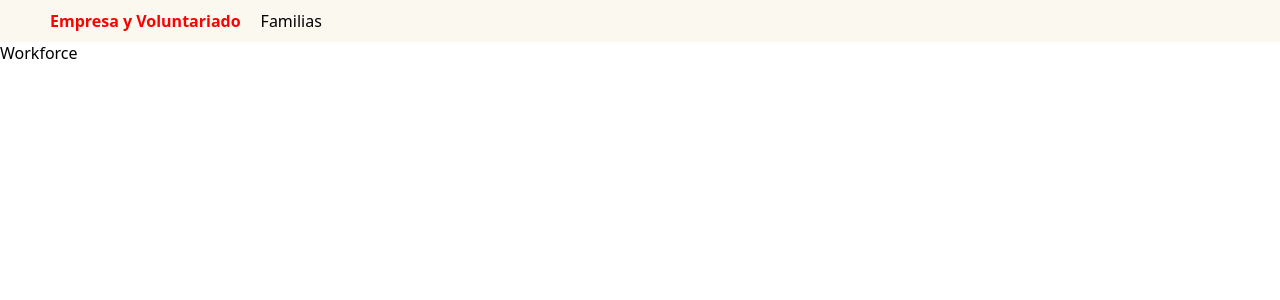
Repository: Synergy-club/reconstruction
Page: /
The author's editor kept a copy of each file at every save. The page is drawn from the files as they stood at one save, then again after the next save.
The browser window is 1280 px wide. The pictures show the whole page.
The project was rebuilt for these pictures with package versions that can differ from the ones it lists, and the page was loaded fresh each time. Also part of the build but not shown: vite.config.js, src/views/Families/Families.jsx.

Above is the page before, as saved 2024-12-10 01:34:34.

After the next save:
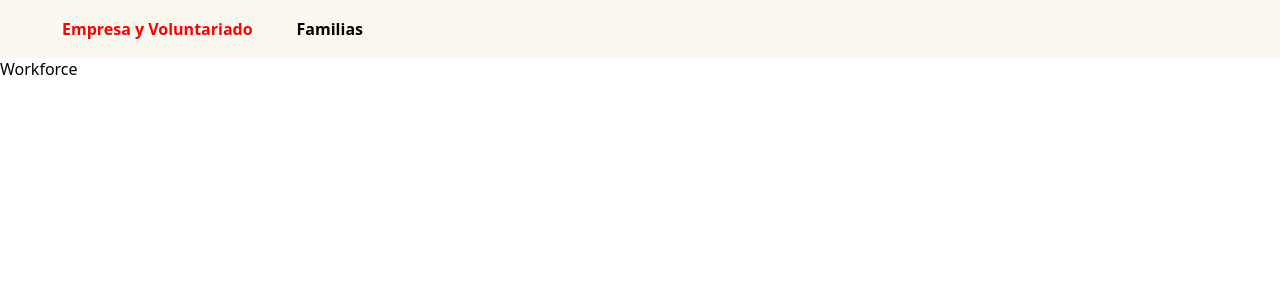
Saved 13 s later.
--- a/src/assets/global-style/style.css
+++ b/src/assets/global-style/style.css
@@ -60,7 +60,7 @@ ul {
 a {
   text-decoration: none;
 }
-button {
+.button {
   cursor: pointer;
   background: none;
   padding: var(--sci-spacing-xs) var(--sci-spacing-s);
@@ -74,7 +74,7 @@ button {
   font-weight: 600;
 }
 
-button:hover {
+.button:hover {
   transform: scale(0.98);
   color:var(--sci-text-orange);
 
